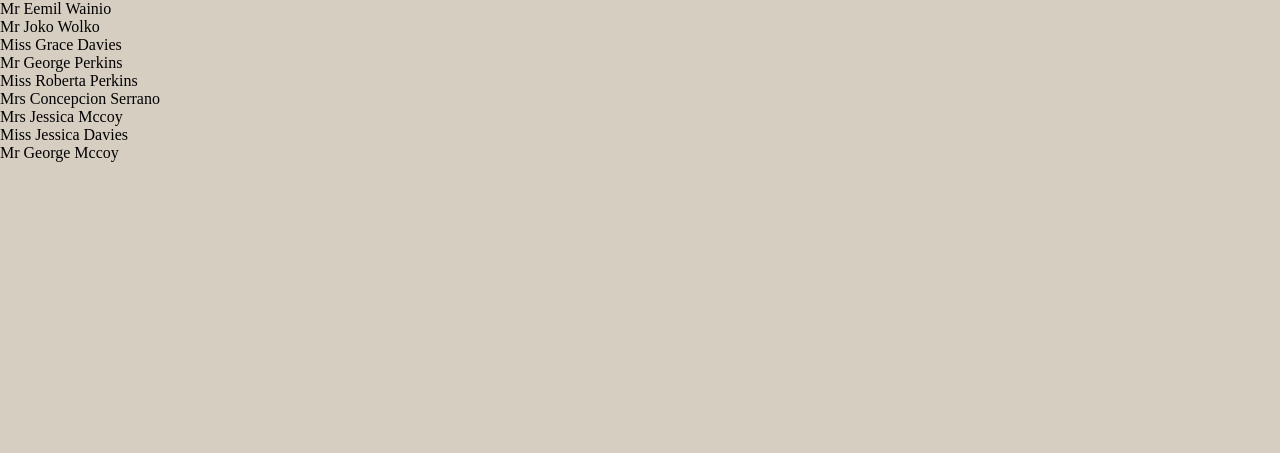
Repository: KrzysKolo/sr_tydzien5_zad4
Page: /
The author's editor kept a copy of each file at every save. The page is drawn from the files as they stood at one save, then again after the next save.
The browser window is 1280 px wide. The pictures show the whole page.
Some web fonts or font styles are not loaded; a fallback is used. The project was rebuilt for these pictures with package versions that can differ from the ones it lists, and the page was loaded fresh each time.

Above is the page before, as saved 2021-01-07 02:29:54.

After the next save:
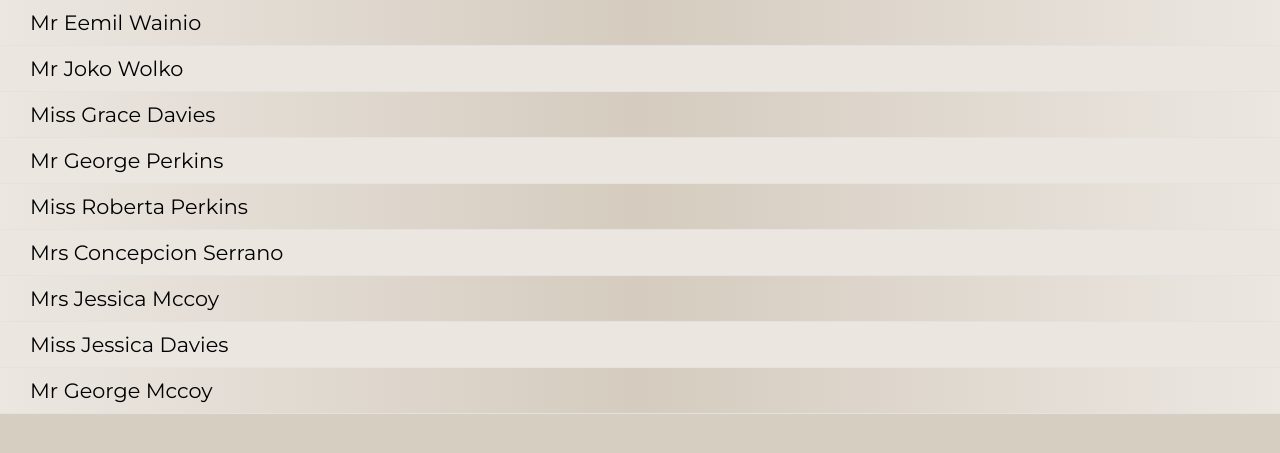
Saved 9 s later.
--- a/src/components/userComponents/UserDetails.js
+++ b/src/components/userComponents/UserDetails.js
@@ -2,7 +2,7 @@ import React from 'react';
 
 const UserDetails = ({ user }) => {
   return (
-		<li>
+		<li className="user">
 			{user.title} {user.firstname} {user.lastname}
     </li>
     )
